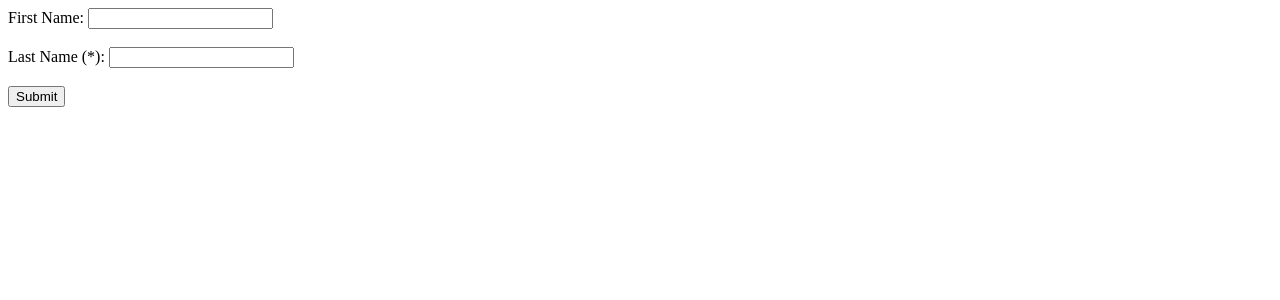
Repository: vehaan/Spring-and-Hibernate
Page: http://localhost/spring-mvc-demo/customer/showForm
These files come from the project's save history. The page is drawn as it stood at one moment and after the next save; the edit follows.
The browser window is 1280 px wide. The pictures show the whole page.
The page is served by Tomcat 9.

Above is the page before, as saved 2021-05-24 10:51:34.

After the next save:
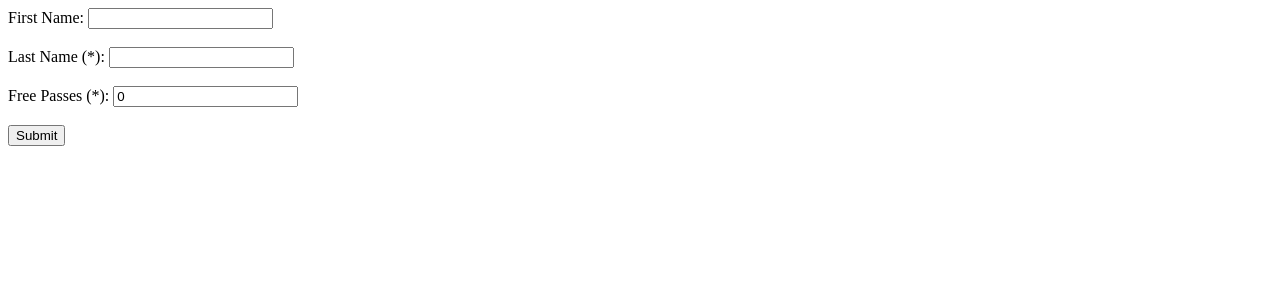
Saved 92 s later.
--- a/spring-mvc-demo/WebContent/WEB-INF/view/customer-form.jsp
+++ b/spring-mvc-demo/WebContent/WEB-INF/view/customer-form.jsp
@@ -5,7 +5,7 @@
 	<title>Customer Registration Form</title>
 
 	<style type="text/css">
-		.error {color: red}
+		.error {color: red;}
 	</style>
 </head>
 
@@ -17,6 +17,10 @@
 		Last Name (*): <form:input path="lastName"/>
 		<form:errors path="lastName" cssClass="error"/>
 
+			<br><br>
+		Free Passes (*): <form:input path="freePasses"/>
+		<form:errors path="freePasses" cssClass="error"/>
+
 		<br><br>
 
 		<input type="submit" value="Submit">
